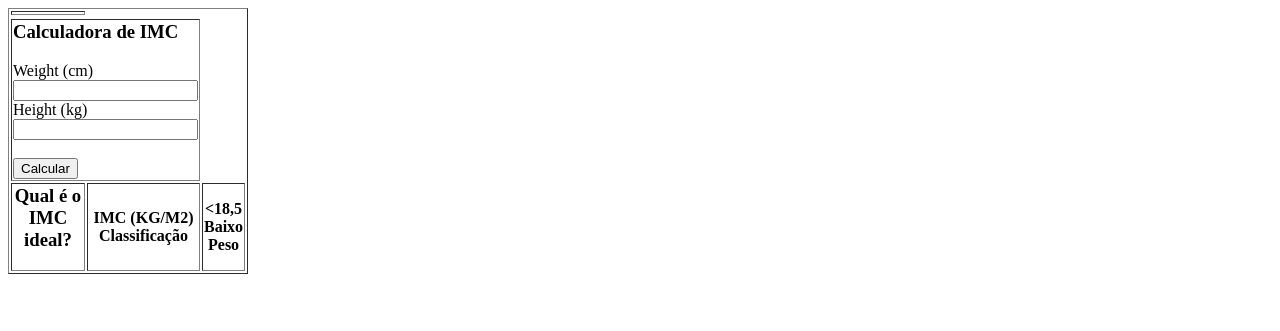
Repository: Patriciamativi/Projetos
Page: index.html
An editor plug-in stored every save of this project. The page is shown before and after a run of saves, followed by the edit.
The browser window is 1280 px wide. The pictures show the whole page.

Above is the page before, as saved 2022-11-21 15:23:06.

### index.html
<html>
    <head>
        <title>Calculadora de IMC</title>
        <meta charset="utf-8"/>

        <style type="text/css">

            p {
                /*border: 5px groove rgb(168, 50, 247);*/
                border-radius: 5px;
                width: 217px;
            }
            td {

                /*background-color: rgb(216, 166, 240);*/
            }

        </style>
    </head>
   <p>
<table border="1">
    <body>
            <th><tr></tr><td colspan="2" > <h3>Calculadora de IMC</h3>

            Weight (cm)<br/>
            <input type: "number" > </br>

            Height (kg)<br/>
            <input type: "number" > </br> </br>

            <input type= "submit" value="Calcular"> </td>
            </tr>
          </th>
                <th> <h3>Qual é o IMC ideal?</h3></th>

                <th>IMC (KG/M2)  Classificação</th> </body>
                <th> <18,5            Baixo Peso </th>


    </table>
</p>



</body>
</html>

After the next 2 saves:
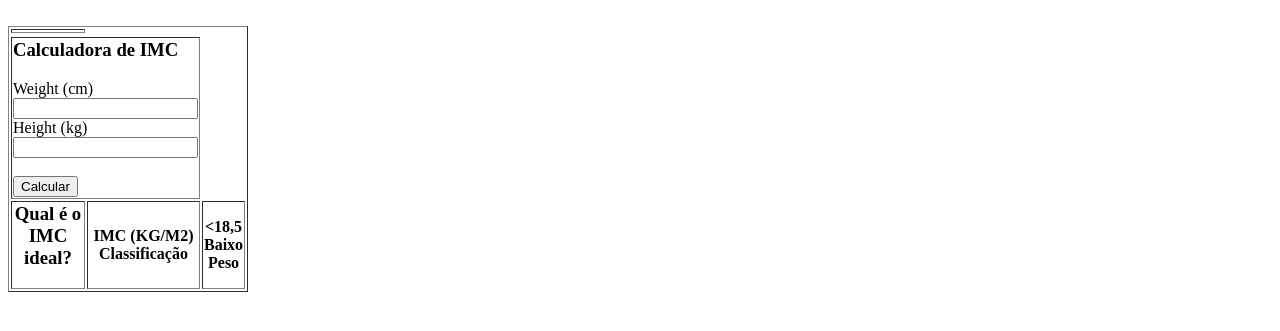
The 2 saves are shown as one change because they came seconds apart.
The last was saved 5 s later.
--- a/index.html
+++ b/index.html
@@ -33,7 +33,7 @@
           </th>
                 <th> <h3>Qual é o IMC ideal?</h3></th>
 
-                <th>IMC (KG/M2)  Classificação</th> </body>
+                <th>IMC (KG/M2)  Classificação</th> </br>
                 <th> <18,5            Baixo Peso </th>
 
 
